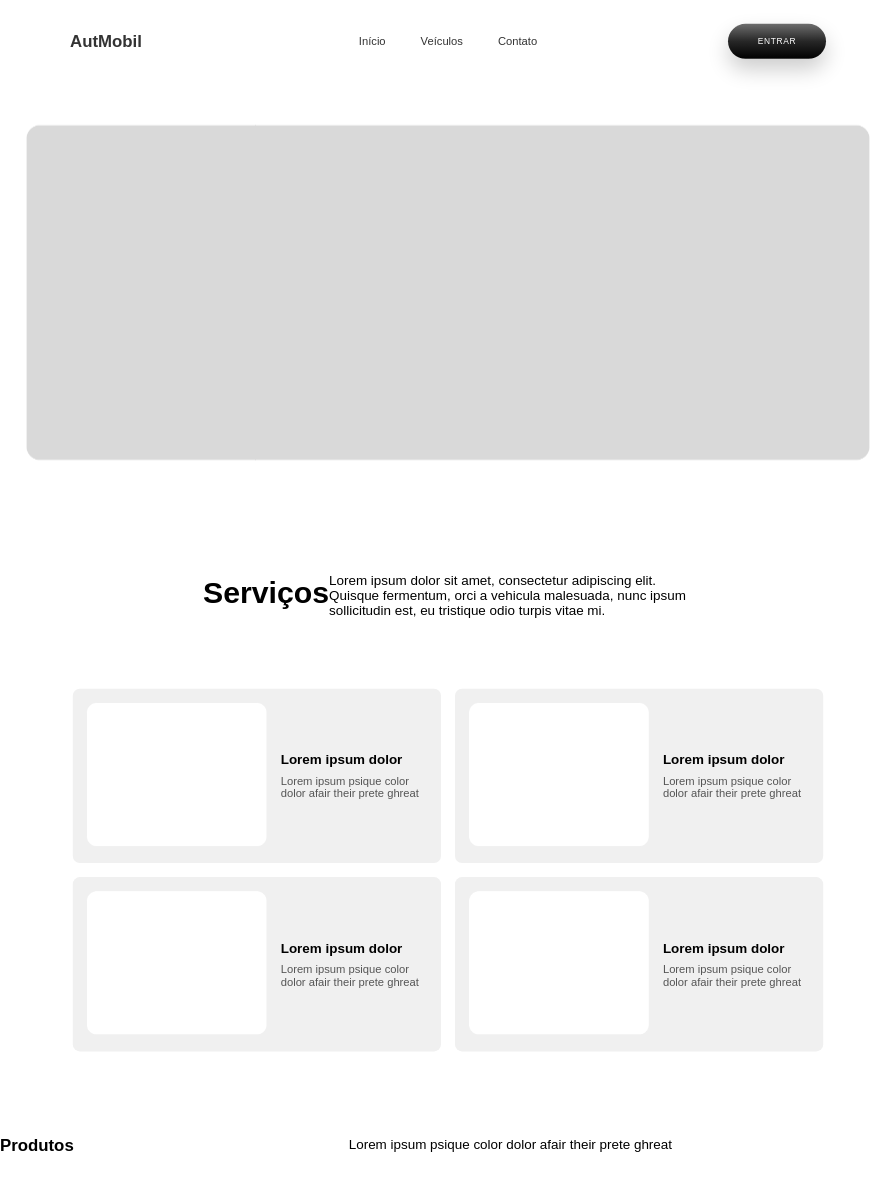
Repository: Matheus904-12/Reforma
Page: index.html
An editor plug-in stored every save of this project. The page is shown before and after the next save, followed by the edit.
The browser window is 1280 px wide. The pictures show the whole page, at 70% of full size.

Above is the page before, as saved 2024-08-01 10:49:17.

### index.html
<!DOCTYPE html>
<html lang="en">
<head>
    <meta charset="UTF-8">
    <meta name="viewport" content="width=device-width, initial-scale=1.0">
    <title>Automobil - Venda de Veículos</title>
    <link rel="stylesheet" href="styles.css">
</head>
<body>
    <header>
        <div class="navbar">
            <div class="logo">AutMobil</div>
            <nav class="nav-links">
                <a href="#home">Início</a>
                <a href="#veiculos">Veículos</a>
                <a href="#contato">Contato</a>
            </nav>
            <button class="btn">
                <span class="btn-text-one">Entrar</span>
                <span class="btn-text-two">Vamos Lá!</span>
            </button>
        </div>
    </header>
    <section class="hero">
        <img src="imagens/Rectangle 1.png" alt="Imagem de Veículos" class="hero-image">
    </section>
    <section class="servicos">
        <div class="servicos-header">
            <h2>Serviços</h2>
            <p class="description">Lorem ipsum dolor sit amet, consectetur adipiscing elit. Quisque fermentum, orci a vehicula malesuada, nunc ipsum sollicitudin est, eu tristique odio turpis vitae mi.</p>
        </div>
        <div class="cards-container">
            <div class="card">
                <div class="card-image"><img src="imagens/Rectangle 9.png" alt="Serviço 1"></div>
                <div class="card-content">
                    <h3>Lorem ipsum dolor</h3>
                    <p>Lorem ipsum psique color dolor afair their prete ghreat</p>
                </div>
            </div>
            <div class="card">
                <div class="card-image"><img src="imagens/Rectangle 9.png" alt="Serviço 2"></div>
                <div class="card-content">
                    <h3>Lorem ipsum dolor</h3>
                    <p>Lorem ipsum psique color dolor afair their prete ghreat</p>
                </div>
            </div>
            <div class="card">
                <div class="card-image"><img src="imagens/Rectangle 9.png" alt="Serviço 3"></div>
                <div class="card-content">
                    <h3>Lorem ipsum dolor</h3>
                    <p>Lorem ipsum psique color dolor afair their prete ghreat</p>
                </div>
            </div>
            <div class="card">
                <div class="card-image"><img src="imagens/Rectangle 9.png" alt="Serviço 4"></div>
                <div class="card-content">
                    <h3>Lorem ipsum dolor</h3>
                    <p>Lorem ipsum psique color dolor afair their prete ghreat</p>
                </div>
            </div>
        </div>
    </section>
    <section class="servicos2">
        <div class="produtos-header">
            <h2>Produtos</h2>
            <p class="description2">Lorem ipsum psique color dolor afair their prete ghreat</p>
        </div>
    </section>
</body>
</html>

### styles.css
body {
    margin: 0;
    font-family: Arial, sans-serif;
}

header {
    position: relative;
    width: 100%;
}

.navbar {
    display: flex;
    justify-content: center;
    align-items: center;
    padding: 20px 50px;
    background: rgba(255, 255, 255, 0.5);
    border-radius: 25px;
    backdrop-filter: blur(10px);
    transition: all 0.3s ease-in-out;
    margin: 20px 50px;
    position: relative;
}

.navbar.scrolled {
    background: rgba(255, 255, 255, 0.8);
    backdrop-filter: blur(15px);
}

.logo {
    position: absolute;
    left: 50px;
    font-size: 1.5em;
    color: #333;
    font-weight: bold;
}

.nav-links {
    list-style: none;
    display: flex;
    gap: 20px;
}

.nav-links a {
    text-decoration: none;
    color: #333;
    padding: 10px 15px;
    border-radius: 15px;
    transition: background 0.3s, color 0.3s;
}

.nav-links a:hover {
    background: #333;
    color: #fff;
}

.btn {
    width: 140px;
    height: 50px;
    background: linear-gradient(to top, #000000, #272727, #6d6d6d);
    color: #fff;
    border-radius: 50px;
    border: none;
    outline: none;
    cursor: pointer;
    position: relative;
    box-shadow: 0 15px 30px rgba(0, 0, 0, 0.2);
    overflow: hidden;
    position: absolute;
    right: 50px;
    text-decoration: none; /* Para remover o sublinhado do link */
    display: flex;
    justify-content: center;
    align-items: center;
}

.btn span {
    font-size: 12px;
    text-transform: uppercase;
    letter-spacing: 1px;
    transition: top 0.5s;
}

.btn-text-one {
    position: absolute;
    width: 100%;
    top: 50%;
    left: 0;
    transform: translateY(-50%);
}

.btn-text-two {
    position: absolute;
    width: 100%;
    top: 150%;
    left: 0;
    transform: translateY(-50%);
}

.btn:hover .btn-text-one {
    top: -100%;
}

.btn:hover .btn-text-two {
    top: 50%;
}

.btn:active {
    transform: translateY(1px); /* Efeito de afundar ao clicar */
}

.hero {
    position: relative;
    width: 100%;
    height: 600px; /* Ajuste a altura conforme necessário */
    overflow: hidden;
    display: flex;
    justify-content: center;
    align-items: center;
}

.hero-image {
    width: 94%;
    height: auto;
    object-fit: cover;
}

.servicos {
    padding: 100px;
}

.servicos-header {
    display: flex;
    justify-content: space-between;
    align-items: center;
    margin-bottom: 100px;
}

.produtos-header {
    display: flex;
    justify-content: space-between;
    align-items: center;
    margin-bottom: 100px;
}

.servicos h2 {
    font-size: 2.7em;
    margin: 0 0 10px 0; /* Ajuste a margem inferior para aproximar do parágrafo */
    margin-left: 190px;
}

.description {
    font-size: 1.2em;
    max-width: 600px;
    margin: 0;
    margin-right: 190px;
}
.description2 {
    font-size: 1.2em;
    max-width: 600px;
    margin: 0;
    margin-right: 320px;
}

.cards-container {
    display: flex;
    flex-wrap: wrap;
    justify-content: center;
    gap: 20px;
}

.card {
    display: flex;
    align-items: center;
    background-color: #f0f0f0;
    padding: 20px;
    border-radius: 10px;
    width: 45%;
}

.card-image img {
    width: 257px;
    height: 205px;
    border-radius: 10px;
    margin-right: 20px;
}

.card-content {
    text-align: left;
}

.card-content h3 {
    margin: 0 0 10px 0;
    font-size: 1.2em;
}

.card-content p {
    margin: 0;
    color: #555;
}

.produtos {
    padding: 100px;
    background-color: #f9f9f9;
}

.produtos-header {
    display: flex;
    justify-content: space-between;
    align-items: center;
    margin-bottom: 50px;
}

.produtos h2 {
    font-size: 2.5em;
    margin: 0;
}

.produtos .description {
    font-size: 1.2em;
    max-width: 600px;
    margin: 0;
}

.filtros {
    display: flex;
    justify-content: center;
    gap: 20px;
    margin-bottom: 50px;
}

.filtro {
    background-color: #333;
    color: #fff;
    border: none;
    padding: 10px 20px;
    border-radius: 10px;
    cursor: pointer;
    transition: background 0.3s;
}

.filtro:hover {
    background-color: #555;
}

.produtos-container {
    position: relative;
}

.carrossel {
    display: none;
    flex-wrap: nowrap;
    overflow-x: auto;
    gap: 20px;
}

.carrossel.active {
    display: flex;
}

.produto-card {
    display: flex;
    flex-direction: column;
    align-items: center;
    background-color: #fff;
    padding: 20px;
    border-radius: 10px;
    min-width: 300px;
}

.produto-image img {
    width: 100%;
    border-radius: 10px;
    margin-bottom: 20px;
}

.produto-content {
    text-align: center;
}

.produto-content h3 {
    margin: 0 0 10px 0;
    font-size: 1.2em;
}

.produto-content p {
    margin: 0;
    color: #555;
}

After the next save:
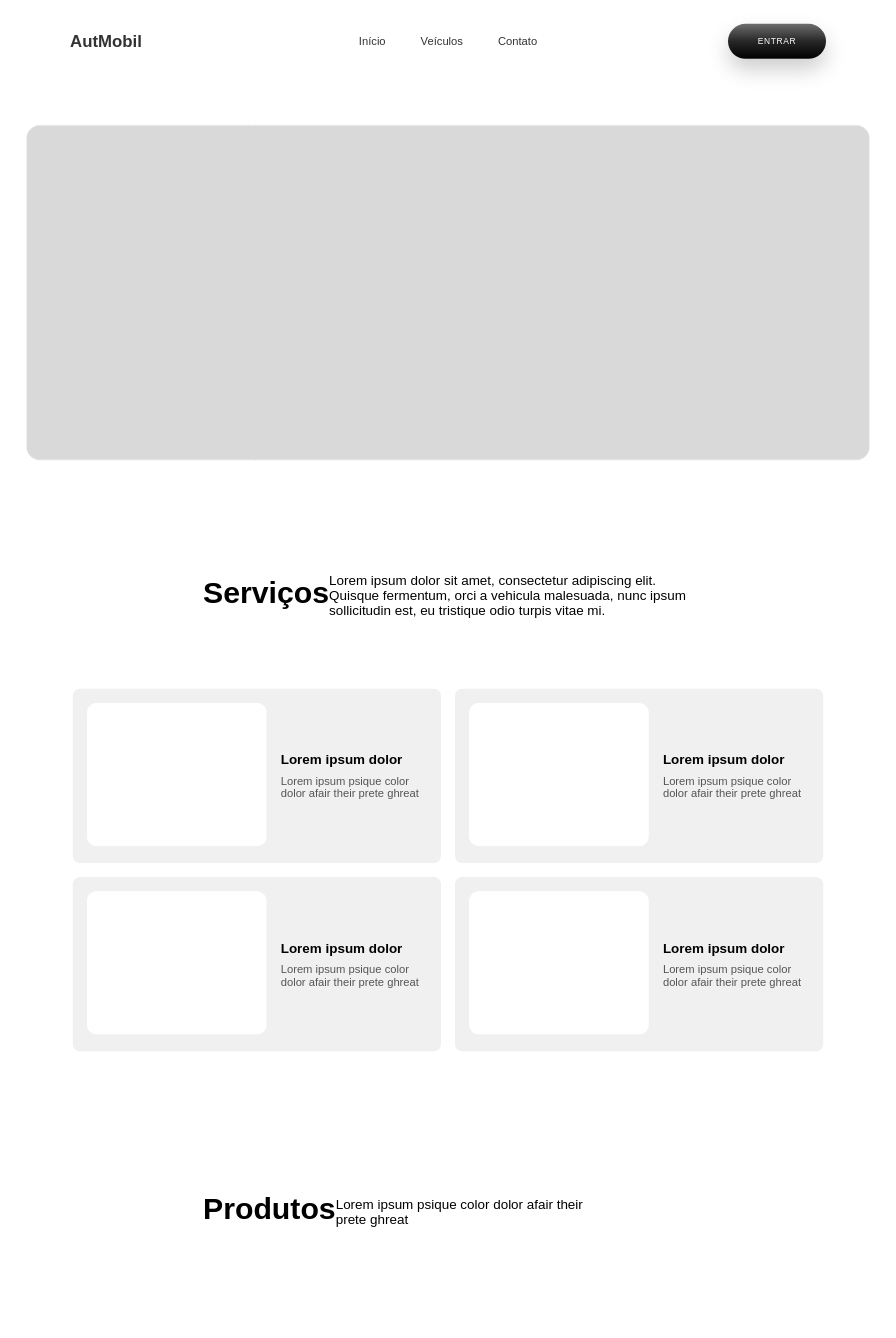
Saved 9 s later.
--- a/index.html
+++ b/index.html
@@ -60,7 +60,7 @@
             </div>
         </div>
     </section>
-    <section class="servicos2">
+    <section class="servicos">
         <div class="produtos-header">
             <h2>Produtos</h2>
             <p class="description2">Lorem ipsum psique color dolor afair their prete ghreat</p>
